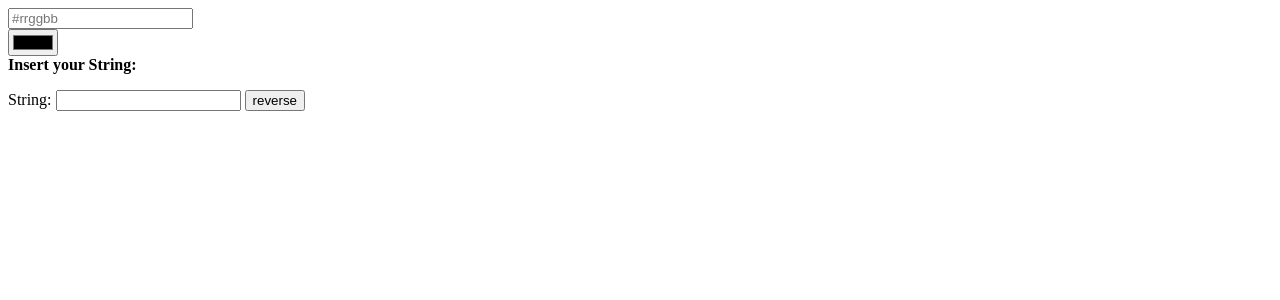
Repository: Micheal11/ReverseStringAssignment
Page: src/MyWidget/widget/template/MyWidget.html
The author's editor kept a copy of each file at every save. The page is drawn from the files as they stood at one save, then again after the next save.
The browser window is 1280 px wide. The pictures show the whole page.

Above is the page before, as saved 2017-07-14 14:20:31.

After the next save:
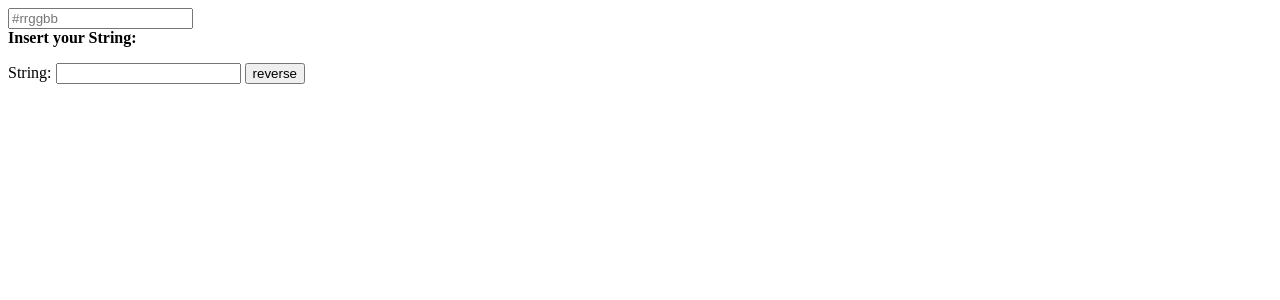
Saved 3 min 7 s later.
--- a/src/MyWidget/widget/template/MyWidget.html
+++ b/src/MyWidget/widget/template/MyWidget.html
@@ -2,7 +2,7 @@
     <form>
         <div class="input-group" data-dojo-attach-point="inputNodes">
             <input type="text" class="form-control" placeholder="#rrggbb" data-dojo-attach-point="colorInputNode">
-            <div class="input-group-addon"><input type="color" data-dojo-attach-point="colorSelectNode"></div>
+          <!--  <div class="input-group-addon"><input type="color" data-dojo-attach-point="colorSelectNode"></div>-->
         </div>
           <div>
                 <b>Insert your String:</b>

After the save that followed:
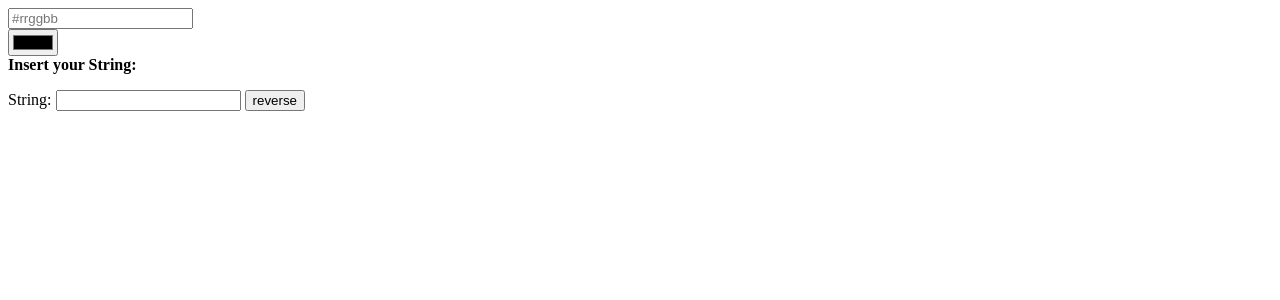
Saved 62 s later.
--- a/src/MyWidget/widget/template/MyWidget.html
+++ b/src/MyWidget/widget/template/MyWidget.html
@@ -2,7 +2,7 @@
     <form>
         <div class="input-group" data-dojo-attach-point="inputNodes">
             <input type="text" class="form-control" placeholder="#rrggbb" data-dojo-attach-point="colorInputNode">
-          <!--  <div class="input-group-addon"><input type="color" data-dojo-attach-point="colorSelectNode"></div>-->
+            <div class="input-group-addon"><input type="color" data-dojo-attach-point="colorSelectNode"></div>
         </div>
           <div>
                 <b>Insert your String:</b>
